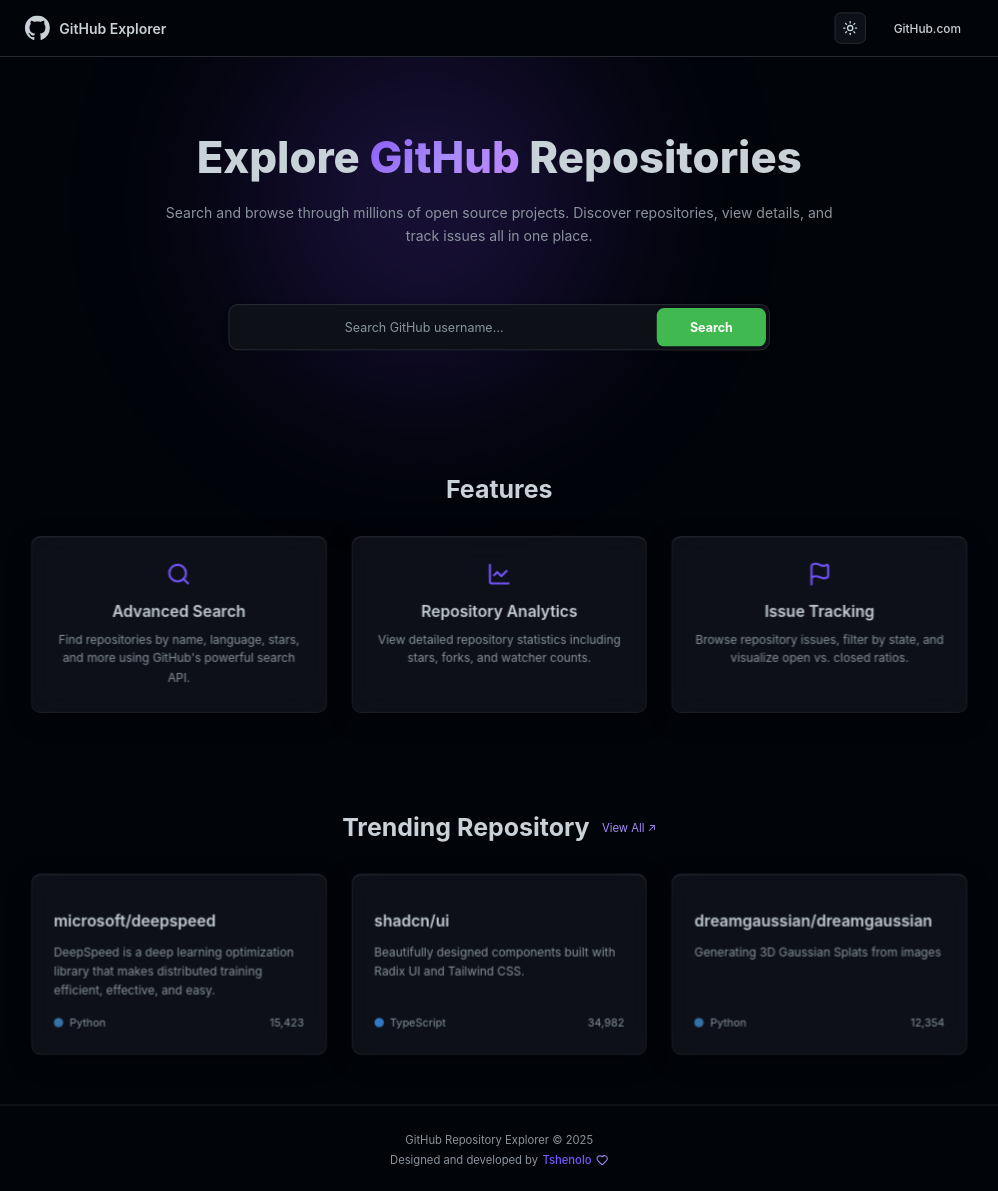
Repository: Tshenolo1994/username-repo
Page: /
An editor plug-in stored every save of this project. The page is shown before and after the next save, followed by the edit.
The browser window is 1280 px wide. The pictures show the whole page, at 78% of full size.
The project was rebuilt for these pictures with package versions that can differ from the ones it lists, and the page was loaded fresh each time. Also part of the build but not shown: vite.config.ts, src/views/RepoView.vue.

Above is the page before, as saved 2025-10-27 10:12:07.

### index.html
<!doctype html>
<html lang="en">
  <head>
    <meta charset="UTF-8" />
    <link rel="icon" type="image/svg+xml" href="/vite.svg" />
    <meta name="viewport" content="width=device-width, initial-scale=1.0" />
    <title>commit-explorer</title>
  </head>
  <body>
    <div id="app"></div>
    <script type="module" src="/src/main.ts"></script>
  </body>
</html>

### src/main.ts
import { createApp } from 'vue'
import { createPinia } from 'pinia'
import App from './App.vue'
import router from './router'
import './styles/theme.css'

createApp(App)
  .use(createPinia())
  .use(router)
  .mount('#app')

### src/App.vue
<!-- App.vue or Layout.vue -->
<script setup>
import Header from '@/components/Header.vue';
import Footer from '@/components/Footer.vue';
</script>

<template>
  <div id="app">
    <Header />
    <main>
      <router-view />
    </main>
    <Footer />
  </div>
</template>

### src/router/index.ts
import { createRouter, createWebHistory } from 'vue-router'
import HomeView from '@/views/HomeView.vue'
import RepoView from '@/views/RepoView.vue'

const router = createRouter({
  history: createWebHistory(),
  routes: [
    { path: '/', name: 'home', component: HomeView },
    { path: '/repos/:username', name: 'repos', component: RepoView, props: true },
  ],
  scrollBehavior: () => ({ top: 0 }),
})

export default router

### src/styles/theme.css
:root {

    --bg: #010409;
    --bg-elev: #0d1117;
    --border: #30363d;
    --text: #c9d1d9;
    --muted: #8b949e;
    --button-bg: #161b22;
    --button-accent: #3fb950;
    --link: #7656FE;
    --error-text: #ff7b72;
    --error-bg: rgba(248, 81, 73, 0.1);
    --empty-state-bg: rgba(13, 17, 23, 0.5);
  }

  html, body, #app {
    margin: 0;
    padding: 0;
    background: var(--bg);
    color: var(--text);
    font-family: 'Inter', system-ui, -apple-system, BlinkMacSystemFont, 'Segoe UI', sans-serif;
    transition: background 0.3s ease, color 0.3s ease;
  }

  * {
    box-sizing: border-box;
  }

  h1, h2, h3, h4, h5, h6 {
    line-height: 1.2;
    margin: 0;
  }

  p {
    margin: 0.25rem 0 0;
  }

  a {
    color: var(--link);
    text-decoration: none;
  }

  button {
    font-family: inherit;
    border: none;
    outline: none;
  }

  input, textarea, select {
    font-family: inherit;
  }

  .card {
    background: var(--bg-elev);
    border: 1px solid var(--border);
    border-radius: 0.75rem;
    padding: 1rem;
    box-shadow: 0 1px 2px rgba(0, 0, 0, 0.15);
  }

### src/components/Header.vue
<script setup lang="ts">
import { Sun, Moon } from 'lucide-vue-next';
import { useTheme } from '@/composables/useTheme';

const { isDark, toggleTheme } = useTheme();
</script>

<template>
  <header class="header">
    <div class="header-content">
      <div class="logo">
        <svg width="32" height="32" viewBox="0 0 16 16" fill="currentColor">
          <path d="M8 0C3.58 0 0 3.58 0 8c0 3.54 2.29 6.53 5.47 7.59.4.07.55-.17.55-.38 0-.19-.01-.82-.01-1.49-2.01.37-2.53-.49-2.69-.94-.09-.23-.48-.94-.82-1.13-.28-.15-.68-.52-.01-.53.63-.01 1.08.58 1.23.82.72 1.21 1.87.87 2.33.66.07-.52.28-.87.51-1.07-1.78-.2-3.64-.89-3.64-3.95 0-.87.31-1.59.82-2.15-.08-.2-.36-1.02.08-2.12 0 0 .67-.21 2.2.82.64-.18 1.32-.27 2-.27.68 0 1.36.09 2 .27 1.53-1.04 2.2-.82 2.2-.82.44 1.1.16 1.92.08 2.12.51.56.82 1.27.82 2.15 0 3.07-1.87 3.75-3.65 3.95.29.25.54.73.54 1.48 0 1.07-.01 1.93-.01 2.2 0 .21.15.46.55.38A8.013 8.013 0 0016 8c0-4.42-3.58-8-8-8z"/>
        </svg>
        <span class="logo-text">GitHub Explorer</span>
      </div>

      <nav class="nav">
        <button @click="toggleTheme" class="theme-toggle" :aria-label="isDark ? 'Switch to light mode' : 'Switch to dark mode'">
          <Sun v-if="isDark" :size="20" />
          <Moon v-else :size="20" />
        </button>
        <a href="https://github.com" target="_blank" rel="noreferrer" class="github-link">
          GitHub.com
        </a>
      </nav>
    </div>
  </header>
</template>

<style scoped>
.header {
  background: var(--bg);
  border-bottom: 1px solid var(--border);
  padding: 1rem 2rem;
  position: sticky;
  top: 0;
  z-index: 100;
  backdrop-filter: blur(8px);
  transition: background 0.3s, border-color 0.3s;
}

.header-content {
  max-width: 1400px;
  margin: 0 auto;
  display: flex;
  justify-content: space-between;
  align-items: center;
}

.logo {
  display: flex;
  align-items: center;
  gap: 0.75rem;
  color: var(--text);
  font-weight: 600;
  font-size: 1.125rem;
  cursor: pointer;
  transition: color 0.2s;
}

.logo:hover {
  color: var(--link);
}

.logo svg {
  flex-shrink: 0;
}

.logo-text {
  font-weight: 600;
}

.nav {
  display: flex;
  align-items: center;
  gap: 1.25rem;
}

.theme-toggle {
  background: var(--bg-elev);
  border: 1px solid var(--border);
  border-radius: 8px;
  width: 40px;
  height: 40px;
  display: flex;
  align-items: center;
  justify-content: center;
  cursor: pointer;
  color: var(--text);
  transition: all 0.2s;
}

.theme-toggle:hover {
  background: var(--border);
  transform: rotate(15deg);
}

.github-link {
  color: var(--text);
  text-decoration: none;
  font-size: 0.95rem;
  font-weight: 500;
  padding: 0.5rem 1rem;
  border-radius: 6px;
  transition: all 0.2s;
}

.github-link:hover {
  color: var(--link);
  background: var(--bg-elev);
}

@media (max-width: 640px) {
  .header {
    padding: 1rem;
  }

  .logo-text {
    display: none;
  }
}
</style>

### src/components/Footer.vue
<script setup lang="ts">
import { Heart } from 'lucide-vue-next';

const currentYear = new Date().getFullYear();
</script>

<template>
  <footer class="footer">
    <div class="footer-content">
      <p class="footer-text">
        GitHub Repository Explorer © {{ currentYear }}
      </p>
      <p class="footer-credits">
        Designed and developed by <a href="#" class="footer-link">Tshenolo</a>
        <Heart :size="16" class="heart-icon" />
      </p>
    </div>
  </footer>
</template>

<style scoped>
.footer {
  background: var(--bg);
  border-top: 1px solid var(--border);
  padding: 2rem;
  margin-top: auto;
  transition: background 0.3s, border-color 0.3s;
}

.footer-content {
  max-width: 1400px;
  margin: 0 auto;
  text-align: center;
}

.footer-text {
  color: var(--muted);
  font-size: 0.9rem;
  margin-bottom: 0.5rem;
}

.footer-credits {
  color: var(--muted);
  font-size: 0.9rem;
  margin: 0;
  display: flex;
  align-items: center;
  justify-content: center;
  gap: 0.35rem;
}

.heart-icon {
  color: #a78bfa;
  fill: none;
}

.footer-link {
  color: var(--link);
  text-decoration: none;
  font-weight: 500;
  transition: opacity 0.2s;
}

.footer-link:hover {
  opacity: 0.8;
}

@media (max-width: 640px) {
  .footer {
    padding: 1.5rem 1rem;
  }

  .footer-text,
  .footer-credits {
    font-size: 0.85rem;
  }
}
</style>

### src/composables/useTheme.ts
import { ref, onMounted, watch } from 'vue';

export const darkTheme = {
  background: '#010409',
  surface: '#0d1117',
  border: '#30363d',
  text: '#c9d1d9',
  secondaryText: '#8b949e',
  buttonBg: '#161b22',
  buttonAccent: '#3fb950',
  linkColor: '#7656FE',
  errorText: '#ff7b72',
  errorBackground: 'rgba(248, 81, 73, 0.1)',
  emptyStateBackground: 'rgba(13, 17, 23, 0.5)',
};

export const lightTheme = {
  background: '#f6f6f6',
  surface: '#fbfefb',
  border: '#d0d7de',
  text: '#24292f',
  secondaryText: '#57606a',
  buttonBg: '#f6f8fa',
  buttonAccent: '#3fb950',
  linkColor: '#7656FE',
  errorText: '#cf222e',
  errorBackground: 'rgba(248, 81, 73, 0.05)',
  emptyStateBackground: 'rgba(246, 248, 250, 0.5)',
};

type Theme = typeof darkTheme;

const isDark = ref(true);

export function useTheme() {
  const theme = ref<Theme>(darkTheme);

  const applyTheme = (themeObj: Theme) => {
    const root = document.documentElement;
    root.style.setProperty('--bg', themeObj.background);
    root.style.setProperty('--bg-elev', themeObj.surface);
    root.style.setProperty('--border', themeObj.border);
    root.style.setProperty('--text', themeObj.text);
    root.style.setProperty('--muted', themeObj.secondaryText);
    root.style.setProperty('--button-bg', themeObj.buttonBg);
    root.style.setProperty('--button-accent', themeObj.buttonAccent);
    root.style.setProperty('--link', themeObj.linkColor);
    root.style.setProperty('--error-text', themeObj.errorText);
    root.style.setProperty('--error-bg', themeObj.errorBackground);
    root.style.setProperty('--empty-state-bg', themeObj.emptyStateBackground);
  };

  const toggleTheme = () => {
    isDark.value = !isDark.value;
    theme.value = isDark.value ? darkTheme : lightTheme;
    applyTheme(theme.value);
    localStorage.setItem('theme', isDark.value ? 'dark' : 'light');
  };

  const initTheme = () => {
    const savedTheme = localStorage.getItem('theme');
    if (savedTheme) {
      isDark.value = savedTheme == 'dark';
    } else {
      isDark.value = true;
    }
    theme.value = isDark.value ? darkTheme : lightTheme;
    applyTheme(theme.value);
  };

  onMounted(() => {
    initTheme();
  });

  return {
    isDark,
    theme,
    toggleTheme,
  };
}

### src/components/SearchBar.vue
<script setup lang="ts">
import { ref } from "vue";
import { useRouter } from "vue-router";

const router = useRouter();
const username = ref("");
const validationError = ref("");

const searchUser = () => {
    validationError.value = "";

    if (!username.value.trim()) {
        validationError.value = "Please enter a username";
        return;
    }

    const usernamePattern = /^[a-zA-Z0-9-]+$/;
    if (!usernamePattern.test(username.value)) {
        validationError.value =
            "Username can only contain letters, numbers, and hyphens";
        return;
    }

    const user = username.value.trim();
    router.push(`/repos/${user}`);
    username.value = "";
};
</script>

<template>
    <div class="search">
        <form @submit.prevent="searchUser" class="search__form">
            <input v-model="username" placeholder="Search GitHub username…" class="search__input" required />
            <button type="submit" class="search__btn">Search</button>
        </form>
        <p v-if="validationError" class="search__error">{{ validationError }}</p>
    </div>
</template>

<style scoped>
.search {
    width: 100%;
    display: flex;
    justify-content: center;
    padding: 0 1rem;
    margin: 2rem 0;
}

.search__form {
    display: flex;
    align-items: center;
    gap: 0.5rem;
    width: min(100%, 1280px);
    background: var(--bg-elev);
    border: 1px solid var(--border);
    border-radius: 0.75rem;
    padding: 0.25rem;
    box-shadow: 0 2px 10px rgba(0, 0, 0, 0.18);
    flex-wrap: nowrap;
}

.search__input {
    flex: 999 1 0;
    min-width: 0;
    background: transparent;
    border: none;
    color: var(--text);
    font-size: 1rem;
    padding: 0.9rem 9rem;
    border-radius: 0.6rem;
    outline: none;
}

.search__input::placeholder {
    color: var(--muted);
}

.search__input:focus {
    box-shadow: inset 0 0 0 1px var(--border);
}

.search__btn {
    flex: 0 0 auto;
    min-width: 140px;
    background: var(--button-accent);
    color: #fff;
    padding: 0.9rem 1.25rem;
    font-weight: 700;
    border-radius: 0.6rem;
    font-size: 1rem;
    border: none;
    cursor: pointer;
    transition: filter 0.15s ease;
}

.search__btn:hover {
    filter: brightness(0.95);
}

.search__error {
    color: var(--error-text);
    background: var(--error-bg);
    padding: 0.55rem 0.8rem;
    border-radius: 0.6rem;
    font-size: 0.9rem;
    margin-top: 0.6rem;
    width: min(100%, 1280px);
    text-align: center;
}

@media (max-width: 640px) {
    .search__form {
        flex-direction: column;
        align-items: stretch;
        padding: 0.5rem;
    }

    .search__btn {
        width: 100%;
        min-width: 0;
    }
}
</style>

Loaded but not shown: src/views/HomeView.vue (470 lines, source omitted)

After the next save:
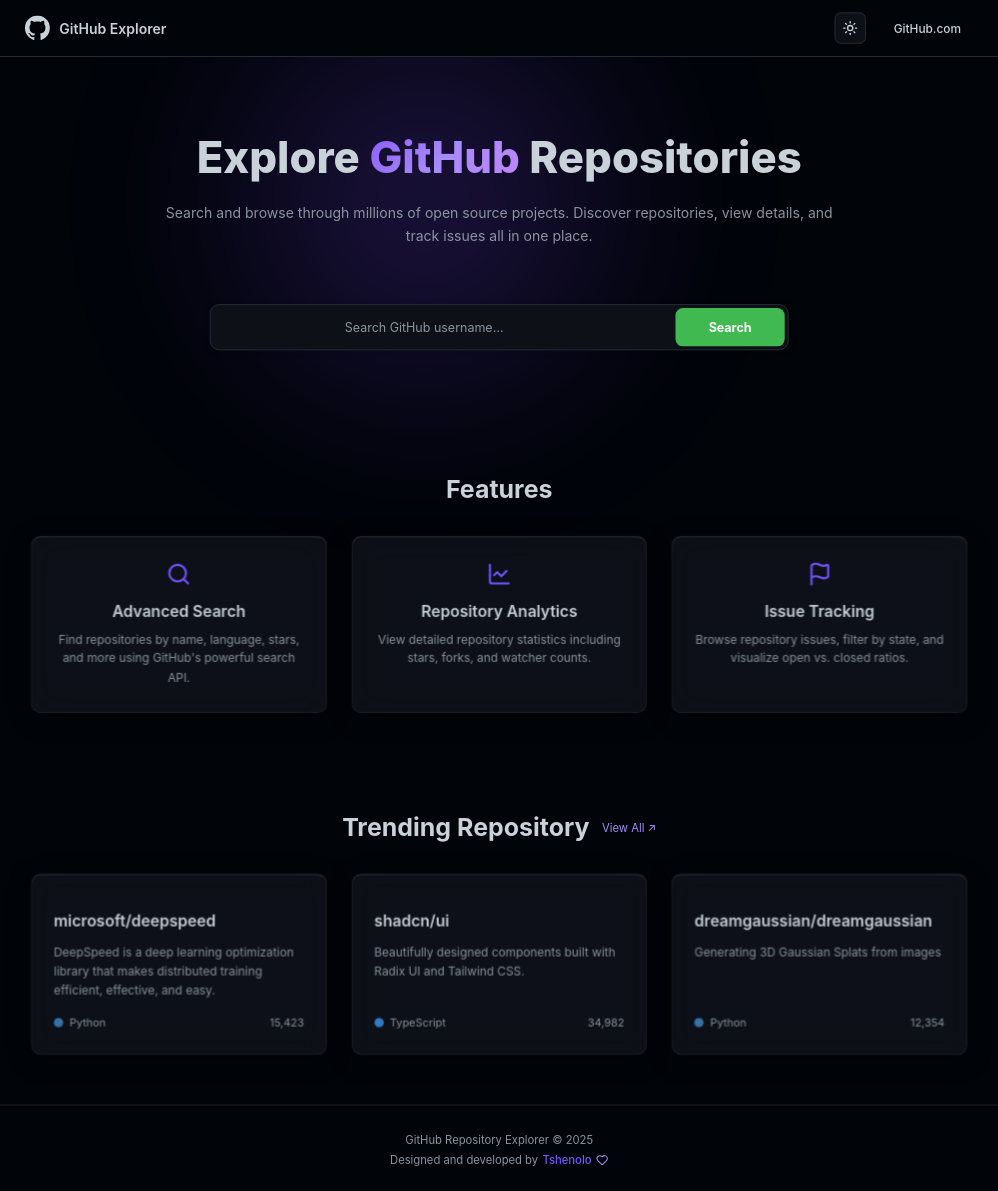
Saved 11 s later.
--- a/src/components/SearchBar.vue
+++ b/src/components/SearchBar.vue
@@ -66,7 +66,7 @@
     border: none;
     color: var(--text);
     font-size: 1rem;
-    padding: 0.9rem 9rem;
+    padding: 0.9rem 10.5rem;
     border-radius: 0.6rem;
     outline: none;
 }

After the save that followed:
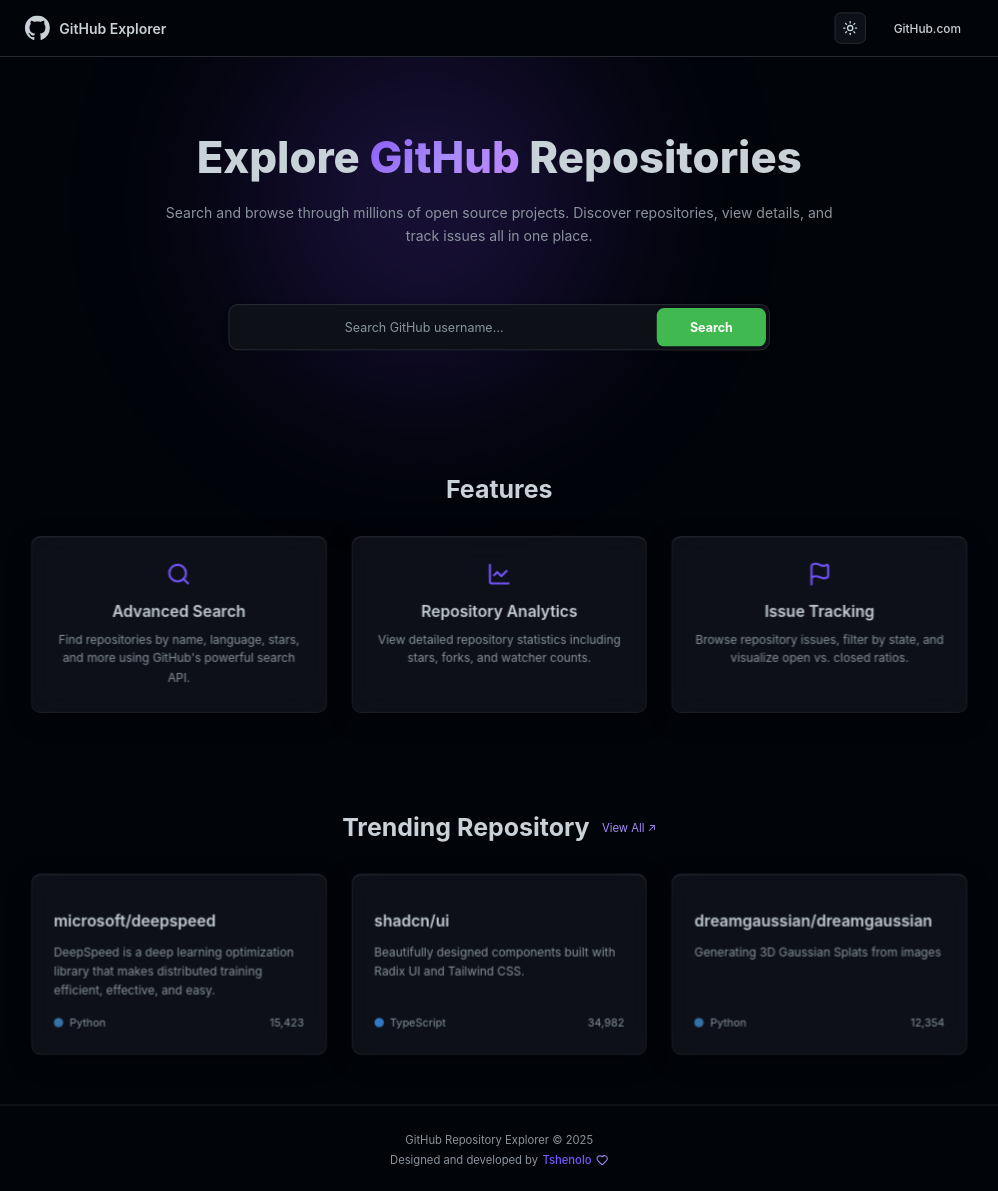
Saved 11 s later.
--- a/src/components/SearchBar.vue
+++ b/src/components/SearchBar.vue
@@ -66,7 +66,7 @@
     border: none;
     color: var(--text);
     font-size: 1rem;
-    padding: 0.9rem 10.5rem;
+    padding: 0.9rem 9rem;
     border-radius: 0.6rem;
     outline: none;
 }
